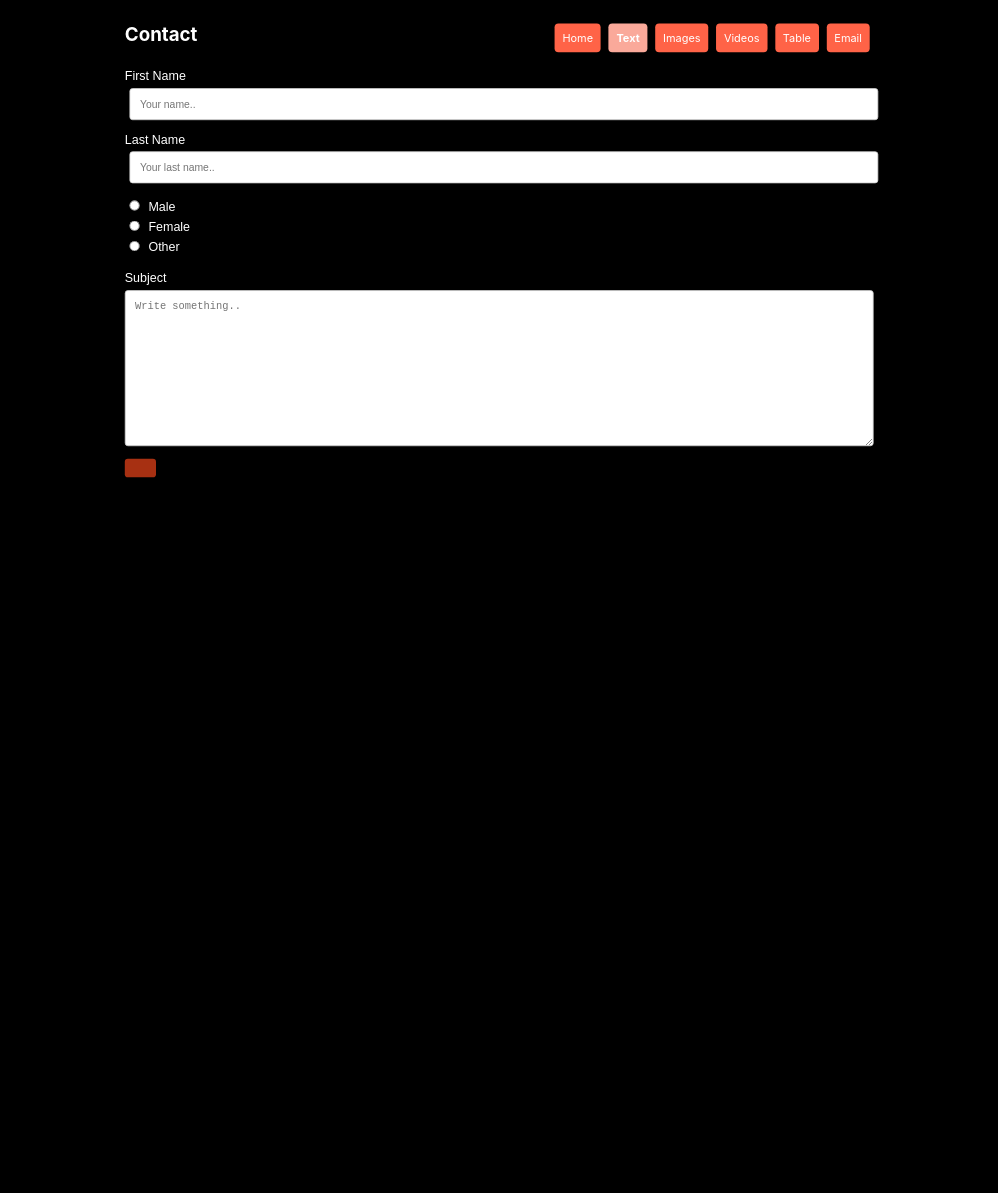
Repository: luhan68/personal_website
Page: text.html
These files come from the project's save history. The page is drawn as it stood at one moment and after the next save; the edit follows.
The browser window is 1280 px wide. The pictures show the whole page, at 78% of full size.

Above is the page before, as saved 2021-01-30 23:13:32.

After the next save:
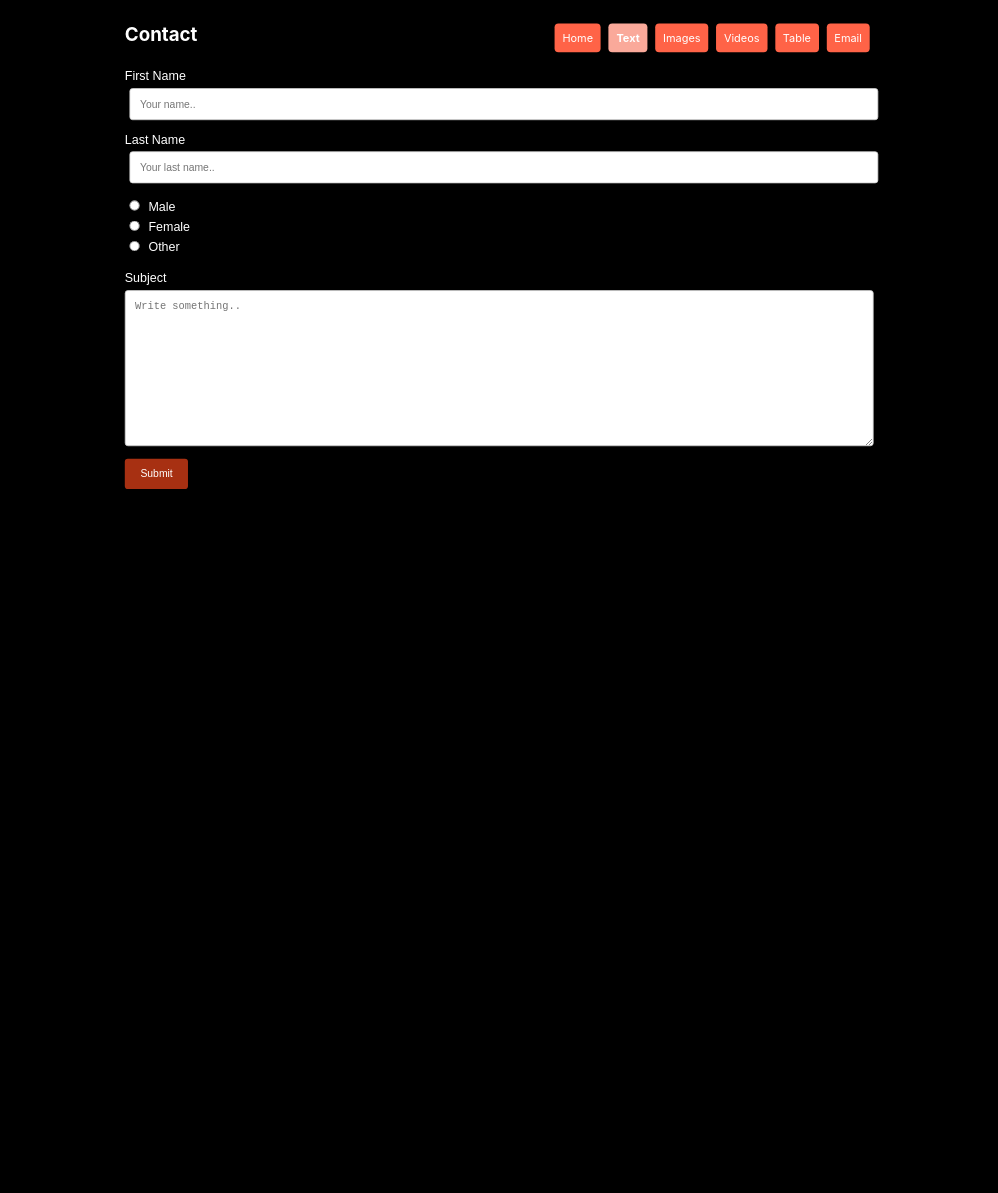
Saved 13 s later.
--- a/text.html
+++ b/text.html
@@ -39,7 +39,7 @@
             <label for="subject">Subject</label>
             <textarea id="subject" name="subject" placeholder="Write something.." style="height:200px"></textarea>
 
-            <button class="sumbitBtn" type="submit" value="Submit">
+            <button class="sumbitBtn">Submit</button>
 
           </form>
         </div>
